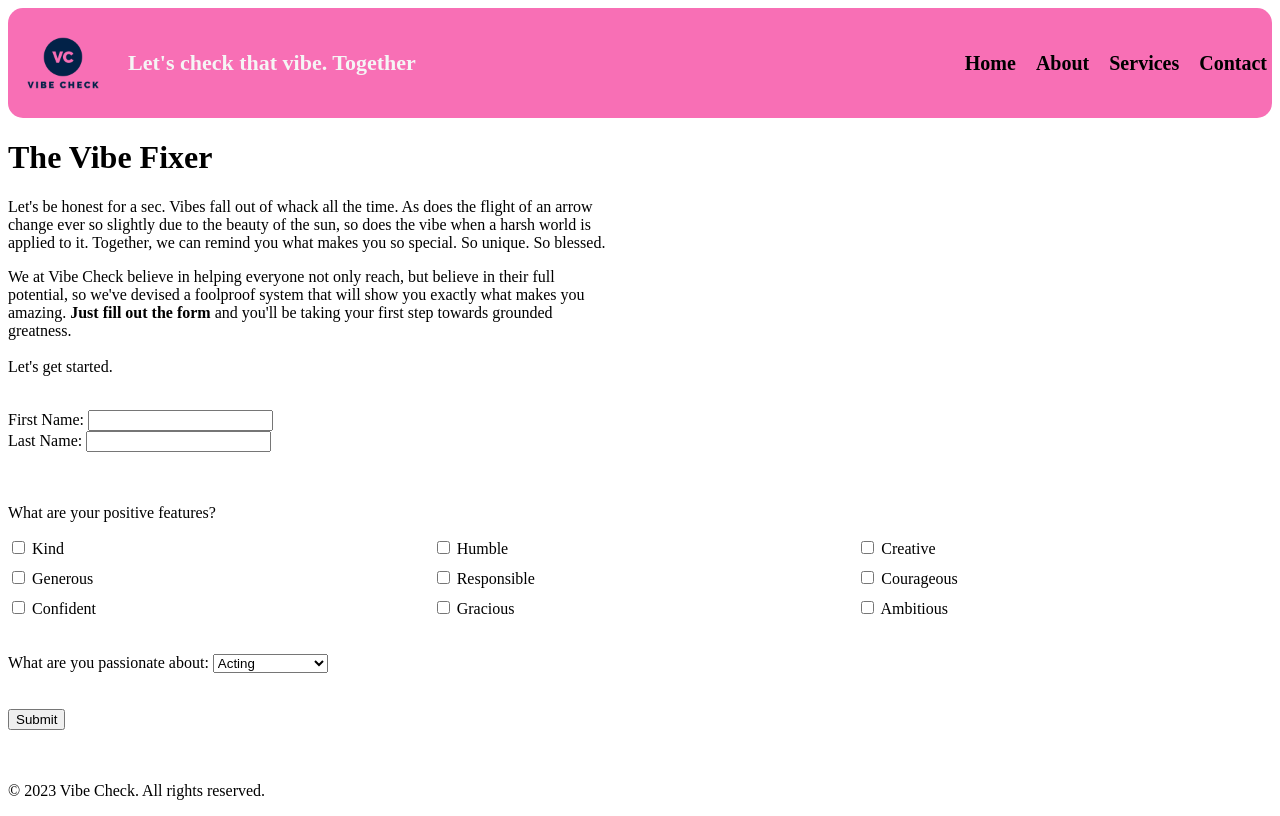
Repository: Chadloswald/Dis-Service
Page: docs/index.html
The author's editor kept a copy of each file at every save. The page is drawn from the files as they stood at one save, then again after the next save.
The browser window is 1280 px wide. The pictures show the whole page.

Above is the page before, as saved 2023-05-07 15:39:35.

### docs/index.html
<!DOCTYPE html>
<html>
<head>
	<title>Dis-Service</title>
	<link rel="stylesheet" type="text/css" href="styles.css">
	<script src="scripts.js"></script>
</head>
<body>
	<header>
		<div class="logo">
		  <img src="logo.jpeg" alt="Logo">
		  <h1>Let's check that vibe. Together</h1>
		</div>
		<nav>
		  <ul>
			<li><a href="#">Home</a></li>
			<li><a href="https://www.youtube.com/watch?v=dQw4w9WgXcQ">About</a></li>
			<li><a href="https://www.youtube.com/watch?v=ZZ5LpwO-An4">Services</a></li>
			<li><a href="https://www.youtube.com/watch?v=oavMtUWDBTM">Contact</a></li>
		  </ul>
		</nav>
	  </header>
	<h1>The Vibe Fixer</h1>
	  <p>Let's be honest for a sec. Vibes fall out of whack all the time. As does the flight of an arrow change ever so slightly due to the beauty of the sun, so does the vibe when a harsh world is applied to it. Together, we can remind you what makes you so special. So unique. So blessed.</p>
		<p>We at Vibe Check believe in helping everyone not only reach, but believe in their full potential, so we've devised a foolproof system that will show you exactly what makes you amazing. <strong>Just fill out the form</strong> and you'll be taking your first step towards grounded greatness. <br><br>Let's get started.</p>
	  <br>
	<form>

		<label>
			First Name:
			<input type="text" name="firstname" id="firstname">
		</label>
		<label>
			Last Name:
			<input type="text" name="lastname" id="lastname">
		</label>
		<br><br>
		<!-- ----------------------------------------- -->
		<p>What are your positive features?</p>
		<div id="checkbox-grid">
		<label>
			<input type="checkbox" name="option1" value="cruel">
			Kind
		</label>
		<label>
			<input type="checkbox" name="option2" value="arrogant">
			Humble
		</label>
		<label>
			<input type="checkbox" name="option3" value="mundane">
			Creative
		</label>
		<label>
			<input type="checkbox" name="option4" value="greedy">
			Generous
		</label>
		<label>
			<input type="checkbox" name="option5" value="irressponsible">
			Responsible
		</label>
		<label>
			<input type="checkbox" name="option6" value="cowardly">
			Courageous
		</label>
		<label>
			<input type="checkbox" name="option7"value="insecure">
			Confident
		</label>
		<label>
			<input type="checkbox" name="option8" value="ungrateful">
			Gracious
		</label>
		<label>
			<input type="checkbox" name="option9" value="apathetic">
			Ambitious
		</label>
	</div>
	<br><br>
		<!-- ------------------------------------------------- -->
		<label>
			What are you passionate about:
			<select id="dropdown">
				<option value="you on stage makes Kristen Stewart's performance in Twilight look Oscar worthy">Acting</option>
				<option value="we checked your chart and your big three are all in ugly">Astrology</option>
				<option value="the next time you get our your telescope I'm going to shine a flashlight right down the tube">Astronomy</option>
				<option value="that bottom is so soggy that Paul Hollywood would never shake your hand">Baking</option>
				<option value="I'm sure your 12 followers are just riveted">Blogging</option>
				<option value="you like calligraphy? Your birthday parties must have been poorly attended">Calligraphy</option>
				<!-- <option value="">/Ceramics</option> -->
				<option value="I'm surprised you like chess. That's usually a thinking man's game">Chess</option>
				<option value="collecting a bunch of crap doesn't make you a real person">Collecting</option>
				<option value="it's called salt! Try using it sometime">Cooking</option>
				<option value="you think that's dancing? That's cute. And worrying">Dancing</option>
				<option value="I'm ure your little drawings will suit your mother's fridge nicely">Drawing</option>
				<option value="just because you film everything in black and white doesn't make it good">Film-making</option>
				<!-- <option value="option10">/Gardening</option> -->
				<option value="you like going hiking? That explains all those Bigfoot sightings">Hiking</option>
				<option value="it's really cool that you make jewelry. It's too bad no one likes it">Jewelry-making</option>
				<option value="why don't you knit yourself a real hobby">Knitting</option>
				<option value="are you really into meditation? You must have come to terms with being alone all the time">Meditation</option>
				<option value="your taste in music is just, meh">Music</option>
				<option value="have never been loved. Paint that">Painting</option>
				<option value="the serial killer, Rodney Alcala, was in to photography too. Tells you a lot">Photography</option>
				<option value="sure! Talk about your favorite team for 30 minutes straight. We wouldn't want to hear something interesting or anything">Sports</option>
				<option value="we all know that you're into pottery because of Ghost">Pottery</option>
				<option value="why don't you tell us again how many books you've read this year. It's sooooooooo interesting">Reading</option>
				<option value="why don't you run yourself to a better personality">Running</option>
				<option value="you sing like a bird. A bird that I hate">Singing</option>
				<option value="going to Canada doesn't count as traveling">Traveling</option>
				<option value="I can see you doing a lot of volunteering. If I was as unimpressive as you I'd have trouble getting paid as well">Volunteering</option>
				<option value="you like to carve wood? Too bad you couldn't whittle yourself a better personality">Woodworking</option>
				<option value="I didn't know you were a writer. I thought you were a magician the way you make peers disappear after reading your drafts">Writing</option>
				<!-- <option value="option10">/Yoga</option> -->
				<option value="you're telling me that your passion isn't listed? I guess there is always going to be someone who's into pirates or some crap">Other</option>
			</select>
		</label>
		<br><br>
		<input type="submit" value="Submit" onclick="displayMessage()">
	</form>
	<br><br>
</body>
<footer>
	<p>&copy; 2023 Vibe Check. All rights reserved.</p>
  </footer>
</html>

### docs/styles.css
label {
	display: block;
}

#checkbox-grid {
	display: grid;
	grid-template-columns: repeat(3, 1fr);
	grid-gap: 10px;
  }

  #checkbox-grid label {
	display: block;
  }

  header {
	background-color: #f86fb5;
	color: whitesmoke;
	display: flex;
	justify-content: space-between;
	align-items: center;
	padding: 5px;
	border-radius: 15px;
  }

  header h1 {
	font-size: 22px;
  }

  .logo {
	display: flex;
	align-items: center;
  }

  .logo img {
	height: 100px;
	margin-right: 15px;
  }

  nav ul {
	display: flex;
	list-style: none;
  }

  nav li {
	margin-left: 20px;
  }

  nav a {
	color: black;
	text-decoration: none;
	font-weight: bold;
	font-size: 20px;
  }

  p {
	max-width: 600px;
  }

### docs/scripts.js
function displayMessage() {
	var title = "Vibe Check Delivery"
	// get the values of the input fields
	var firstname = document.getElementById("firstname").value;
	var lastname = document.getElementById("lastname").value;

	// get the values of the selected checkboxes
	var checkboxes = document.querySelectorAll('input[type="checkbox"]:checked');
	var selected = [];
	for (var i = 0; i < checkboxes.length; i++) {
		selected.push(checkboxes[i].value);
	}

	// get the value of the selected option in the dropdown menu
	var dropdown = document.getElementById("dropdown");
	var selectedOption = dropdown.options[dropdown.selectedIndex].value;

	// create an array of names
	var names = ["Smellward", "Poopington", "Fartsman", "Cheesewick", "McLoser", "Hoobitoob", "Cramsworth", "Plooperbum", "Frimblebim", "Feebrizz", "Skibblecheeks", "Crotchworth", "Dummy Dum Dum", "Pooperpants", "Butts", "Peachfuzz", "Diapy", "Noober", "Dingus", "Brickhead", "Garbo", "Crungo", "Gabnon", "Jackanapes", "Wretch", "Peasant"];

	// randomly select two names from the array
	var randomIndex1 = Math.floor(Math.random() * names.length);
	var randomIndex2 = Math.floor(Math.random() * names.length);
	while (randomIndex1 === randomIndex2) {
		randomIndex2 = Math.floor(Math.random() * names.length);
	}
	var randomName1 = names[randomIndex1];
	var randomName2 = names[randomIndex2];

	// construct the message
	var message = "<br><br>Hey " + firstname + " " + lastname + "! Here's a message to cheer you up! You are a(n) " + selected.join(", ") + " little jerk, and " + selectedOption + ". <br><br>You have lost the right to use the name " + firstname + " " + lastname + ", you nerd. You will be henceforth known as " + randomName1 + " " + randomName2 + ". May shame follow your family for 1000 years.";

	var popup = window.open("", "Popup", "width=400,height=800");
	// popup.document.write(title + "\n\n" + message);
	popup.document.write("<html><head>" + title + "</head><body>" + message + "<br><br><img src='catdance.gif'></body></html>");
}

After the next save:
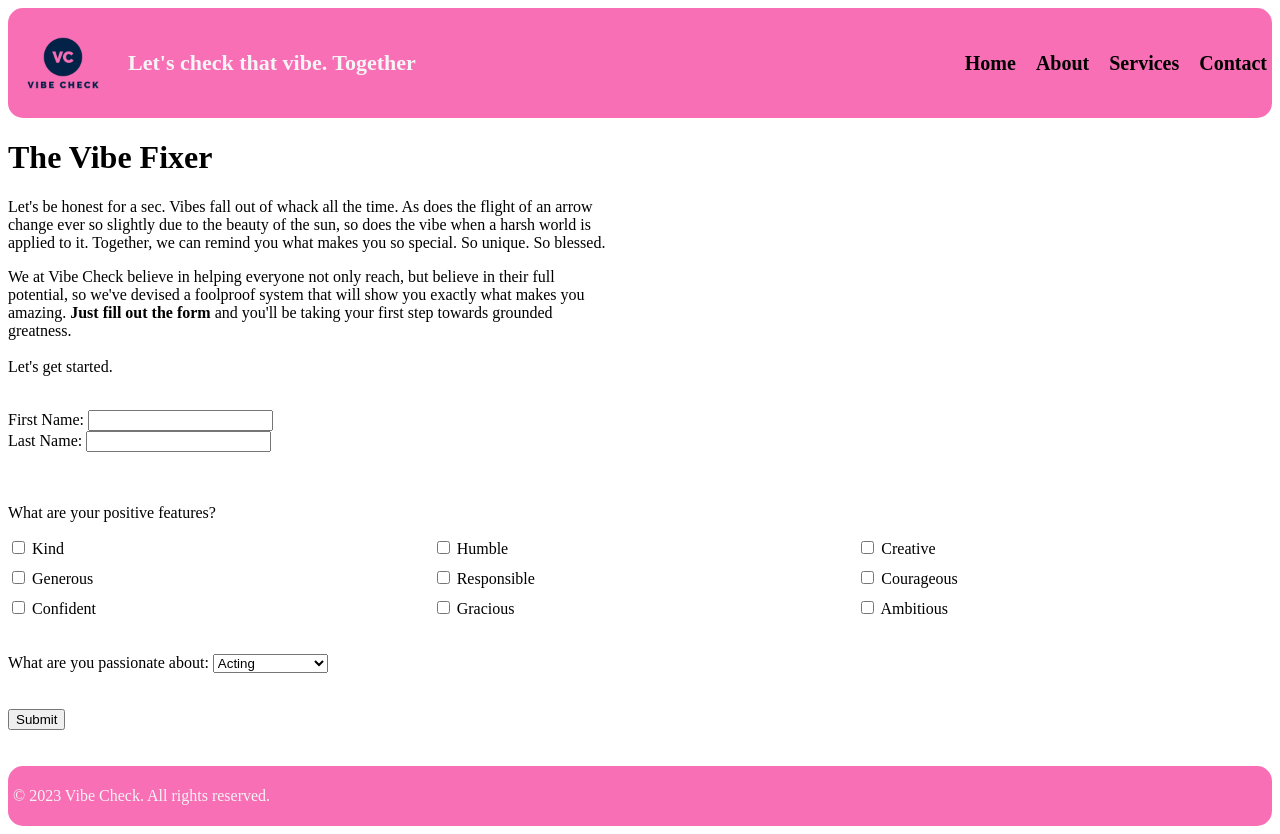
Saved 42 s later.
--- a/docs/styles.css
+++ b/docs/styles.css
@@ -55,3 +55,13 @@ label {
   p {
 	max-width: 600px;
   }
+
+  footer {
+	background-color: #f86fb5;
+	color: whitesmoke;
+	display: flex;
+	justify-content: space-between;
+	align-items: center;
+	padding: 5px;
+	border-radius: 15px;
+  }
